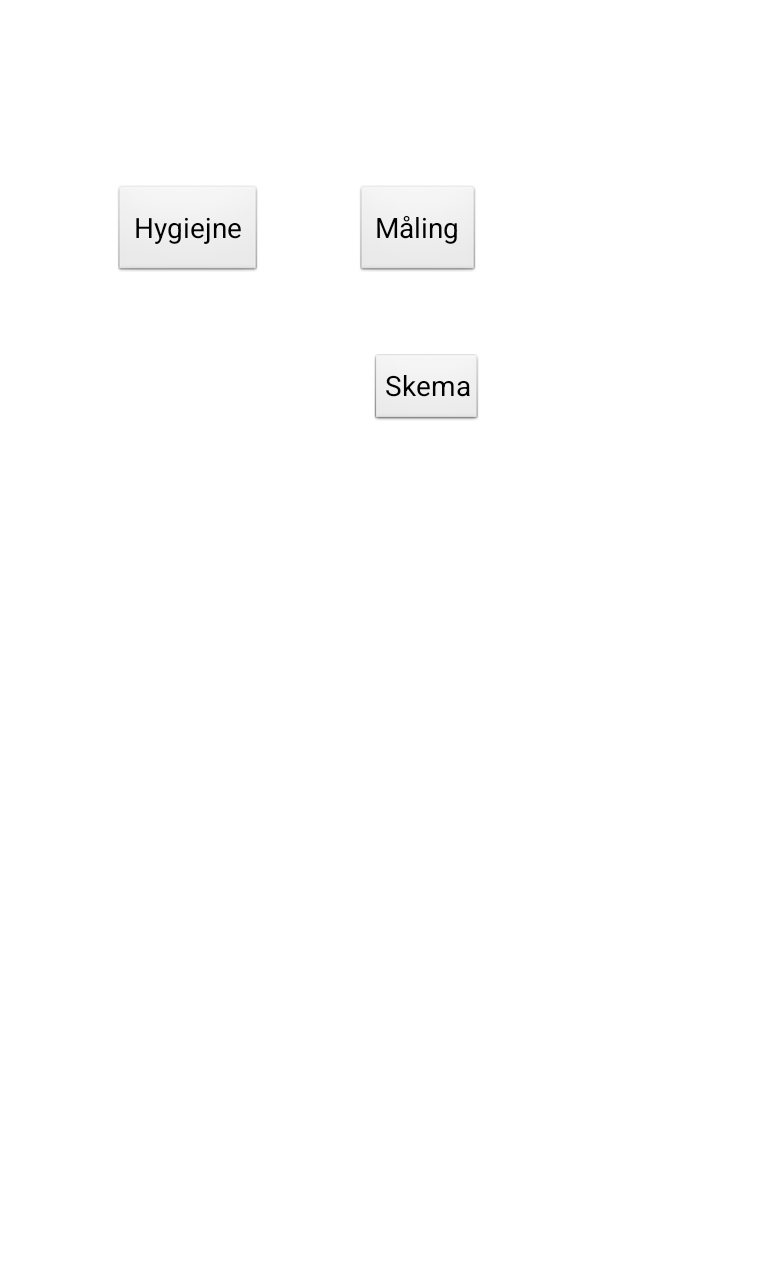
Repository: KingApollo/RIKapp2
Layout: RIKapp/res/layout/activity_rikapp_main.xml
An editor plug-in stored every save of this project. The layout is shown before and after the next save, followed by the edit.
It is drawn on a 768 x 1280 px phone screen (xhdpi) without system bars, with theme android:Theme.Light.NoTitleBar; the app's code is not run.

Above is the layout before, as saved 2014-10-08 08:57:16.

After the next save:
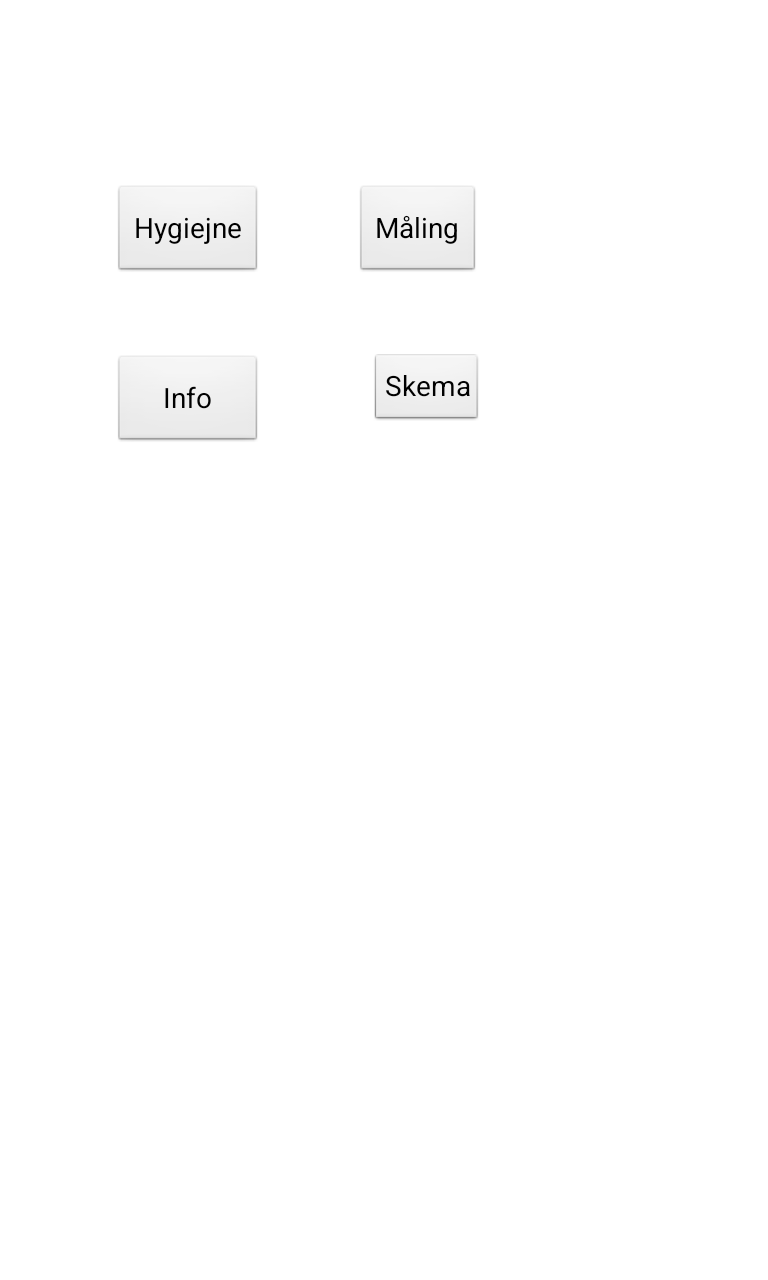
Saved 8 min 4 s later.
--- a/RIKapp/res/layout/activity_rikapp_main.xml
+++ b/RIKapp/res/layout/activity_rikapp_main.xml
@@ -38,4 +38,13 @@
         android:layout_marginTop="37dp"
         android:text="@string/skema_btn" />
 
+    <Button
+        android:id="@+id/btnInfo"
+        android:layout_width="wrap_content"
+        android:layout_height="wrap_content"
+        android:layout_alignLeft="@+id/hygbtn"
+        android:layout_alignTop="@+id/skemabtn"
+        android:layout_toLeftOf="@+id/maalbtn"
+        android:text="Info" />
+
 </RelativeLayout>
